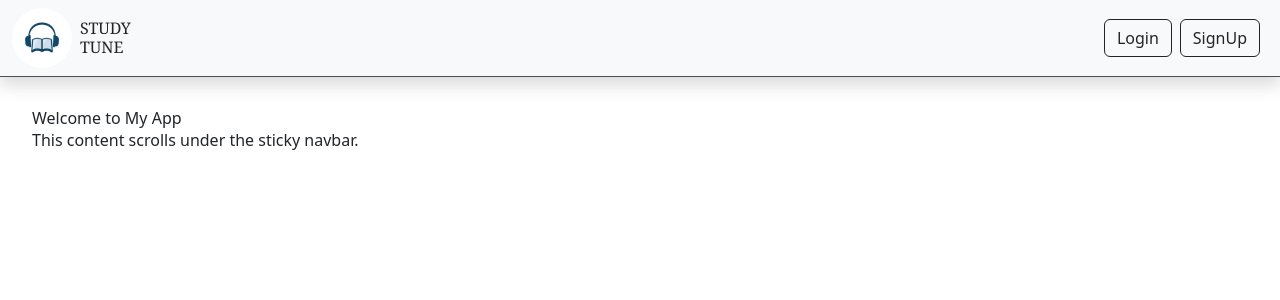
Repository: SpoorthiRaj1908/StudyTune
Page: / (app in frontend/)
An editor plug-in stored every save of this project. The page is shown before and after the next save, followed by the edit.
The browser window is 1280 px wide. The pictures show the whole page.
Some web libraries are served in a nearby version. The project was rebuilt for these pictures with package versions that can differ from the ones it lists, and the page was loaded fresh each time. Also part of the build but not shown: frontend/vite.config.js.

Above is the page before, as saved 2025-10-13 16:25:26.

After the next save:
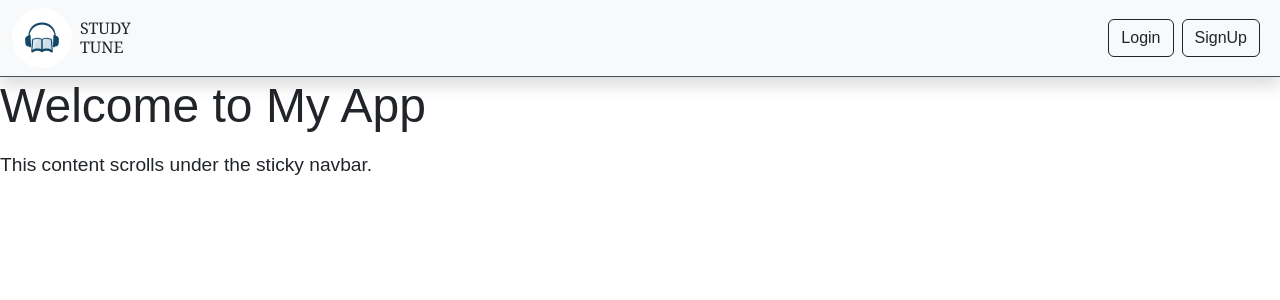
Saved 103 s later.
--- a/frontend/src/index.css
+++ b/frontend/src/index.css
@@ -1,55 +1,38 @@
-.navbar-gradient {
-  position: sticky;
-  top: 0;
-  width: 100%;
-  z-index: 100;
-  display: flex;
-  justify-content: space-between;
-  align-items: center;
-  padding: 1rem 2rem;
-
-  /* Use gradient background with multiple colors */
-  background: linear-gradient(90deg, #ff5f6d, #ffc371, #42e695, #3bb2b8, #ff5f6d);
-  background-size: 300% 300%; /* bigger size for smooth animation */
-  animation: gradientBG 8s ease infinite; /* noticeable speed */
-
-  color: #fff;
-  box-shadow: 0 4px 10px rgba(0,0,0,0.1);
+/* Full-page animated gradient background */
+body, html {
+  margin: 0;
+  padding: 0;
+  height: 100%;
+  font-family: sans-serif;
 }
 
-/* Animate the gradient position */
-@keyframes gradientBG {
-  0% {
-    background-position: 0% 50%;
-  }
-  50% {
-    background-position: 100% 50%;
-  }
-  100% {
-    background-position: 0% 50%;
-  }
+.animated-gradient {
+  position: relative;
+  min-height: 100vh;
+  width: 100%;
+  background: linear-gradient(270deg, #ff5f6d, #ffc371, #42e695, #3bb2b8, #ff5f6d);
+  background-size: 400% 400%;
+  animation: gradientBG 15s ease infinite;
+  display: flex;
+  flex-direction: column;
+  align-items: center;
+  justify-content: center;
+  color: #fff;
+  transition: background 0.5s;
 }
 
-/* Navbar links/buttons */
-.navbar-gradient a,
-.navbar-gradient button {
-  color: #fff;
-  text-decoration: none;
-  margin-left: 1rem;
-  background: rgba(255,255,255,0.2);
-  border: none;
-  padding: 0.5rem 1rem;
-  border-radius: 8px;
-  cursor: pointer;
-  transition: background 0.3s;
+@keyframes gradientBG {
+  0% { background-position: 0% 50%; }
+  50% { background-position: 100% 50%; }
+  100% { background-position: 0% 50%; }
 }
 
-.navbar-gradient a:hover,
-.navbar-gradient button:hover {
-  background: rgba(255,255,255,0.4);
+/* Example content styling */
+h1 {
+  font-size: 3rem;
+  margin-bottom: 1rem;
 }
 
-/* Page content */
-.page-content {
-  padding: 2rem;
+p {
+  font-size: 1.2rem;
 }
